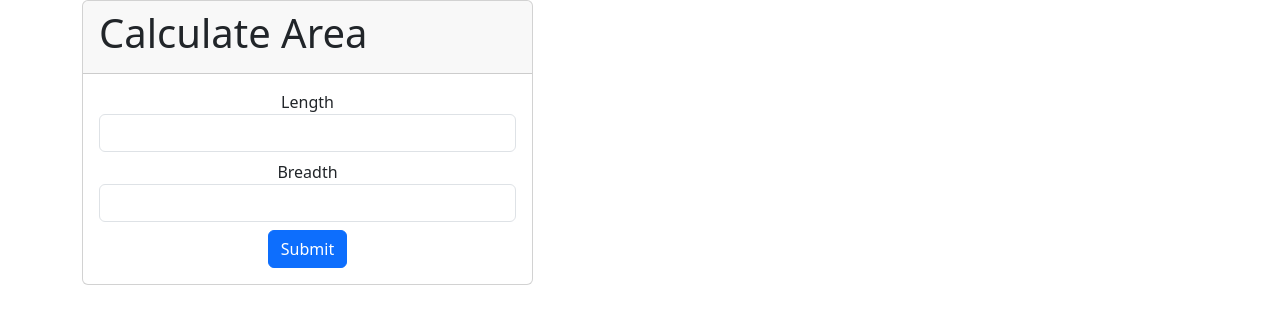
Repository: Laxman-Nath/Servlet_JSP
Page: http://localhost/Area/
An editor plug-in stored every save of this project. The page is shown before and after the next save, followed by the edit.
The browser window is 1280 px wide. The pictures show the whole page.
The page is served by Tomcat 9.

Above is the page before, as saved 2024-09-02 10:49:47.

After the next save:
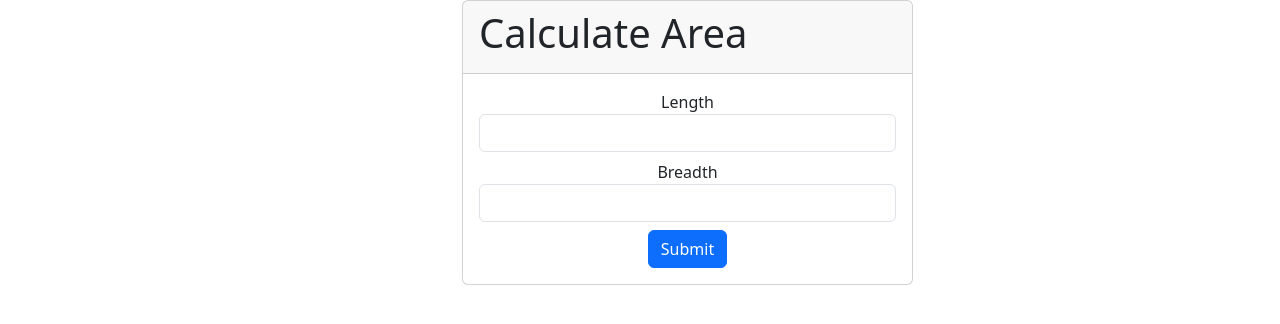
Saved 31 s later.
--- a/Area/src/main/webapp/Area.jsp
+++ b/Area/src/main/webapp/Area.jsp
@@ -14,7 +14,7 @@
 <body>
 <div class="container">
 <div class="row">
-<div class="col-md-5">
+<div class="col-md-5 offset-md-4">
     <div class="card">
     <div class="card-header"><h1>Calculate Area</h1></div>
     <div class="card-body text-center">
